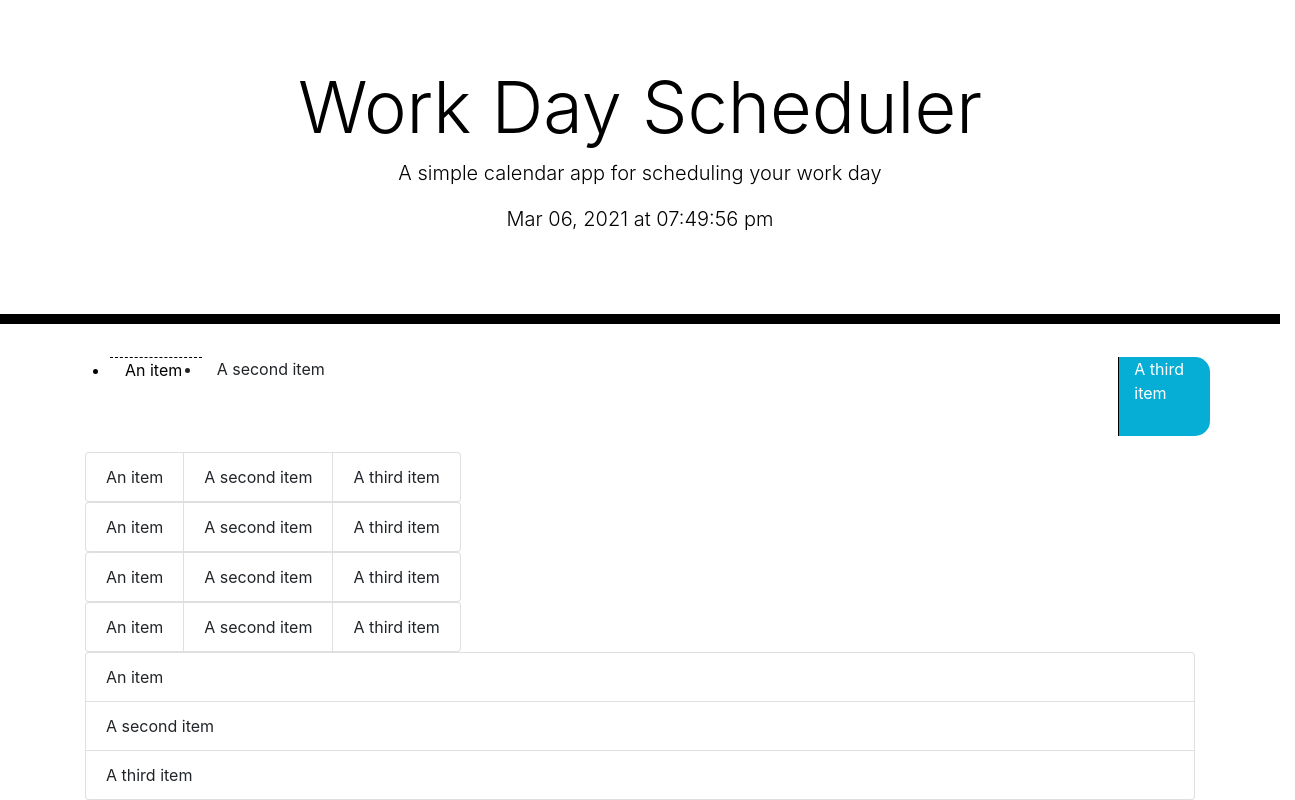
Repository: ziffoit/Work-Day_Scheduler
Page: Develop/index.html
These files come from the project's save history. The page is drawn as it stood at one moment and after the next save; the edit follows.
The browser window is 1280 px wide. The page is 1280 px wide, then 1295 px, so the pictures cover 1295 px, including what lies to the right of the window. The pictures show the whole page.
Some web libraries are served in a nearby version.

Above is the page before, as saved 2021-03-16 18:24:34.

### Develop/index.html
<!DOCTYPE html>
<html lang="en">
  <head>
    <meta charset="UTF-8" />
    <meta name="viewport" content="width=device-width, initial-scale=1.0" />
    <meta http-equiv="X-UA-Compatible" content="ie=edge" />
    <link
      rel="stylesheet"
      href="https://stackpath.bootstrapcdn.com/bootstrap/4.3.1/css/bootstrap.min.css"
    />
    <link
      rel="stylesheet"
      href="https://use.fontawesome.com/releases/v5.8.1/css/all.css"
      integrity="sha384-50oBUHEmvpQ+1lW4y57PTFmhCaXp0ML5d60M1M7uH2+nqUivzIebhndOJK28anvf"
      crossorigin="anonymous"
    />
    <link
      href="https://fonts.googleapis.com/css?family=Open+Sans&display=swap"
      rel="stylesheet"
    />
    <link rel="stylesheet" href="style.css" />
    <title>Work Day Scheduler</title>
  </head>

  <body>
    <header class="jumbotron">
      <h1 class="display-3">Work Day Scheduler</h1>
      <p class="lead">A simple calendar app for scheduling your work day</p>
      <p id="currentDay" class="lead"></p>
    </header>
    <div class="container">
      <ul class="row">
        <li class="col-1 hour">An item</li>
        <li class="col-10">A second item</li>
        <li class="col-1 saveBtn">A third item</li>
      </ul>
      <ul class="list-group list-group-horizontal-sm">
        <li class="list-group-item">An item</li>
        <li class="list-group-item">A second item</li>
        <li class="list-group-item">A third item</li>
      </ul>
      <ul class="list-group list-group-horizontal-md">
        <li class="list-group-item">An item</li>
        <li class="list-group-item">A second item</li>
        <li class="list-group-item">A third item</li>
      </ul>
      <ul class="list-group list-group-horizontal-lg">
        <li class="list-group-item">An item</li>
        <li class="list-group-item">A second item</li>
        <li class="list-group-item">A third item</li>
      </ul>
      <ul class="list-group list-group-horizontal-xl">
        <li class="list-group-item">An item</li>
        <li class="list-group-item">A second item</li>
        <li class="list-group-item">A third item</li>
      </ul>
      <ul class="list-group list-group-horizontal-xxl">
        <li class="list-group-item">An item</li>
        <li class="list-group-item">A second item</li>
        <li class="list-group-item">A third item</li>
      </ul>
      <!-- Timeblocks go here -->
    </div>

    <script src="https://cdnjs.cloudflare.com/ajax/libs/jquery/3.2.1/jquery.min.js"></script>
    <script src="https://cdnjs.cloudflare.com/ajax/libs/moment.js/2.24.0/moment.min.js"></script>
    <script src="script.js"></script>
  </body>
</html>

### Develop/style.css
hourbody {
  font-family: "Open Sans", sans-serif;
  font-size: 16px;
  line-height: 1;
}

textarea {
  background: transparent;
  border: none;
  resize: none;
  color: #000000;
  border-left: 1px solid black;
  padding: 10px;
}

.jumbotron {
  text-align: center;
  background-color: transparent;
  color: black;
  border-radius: 0;
  border-bottom: 10px solid black;
}

.description {
  white-space: pre-wrap;
}

.time-block {
  text-align: center;
  border-radius: 15px;
}

.row {
  white-space: pre-wrap;
  height: 80px;
  border-top: 1px solid white;
}

.hour {
  background-color: #ffffff;
  color: #000000;
  border-top: 1px dashed #000000;
}

.past {
  background-color: #d3d3d3;
  color: white;
}

.present {
  background-color: #ff6961;
  color: white;
}

.future {
  background-color: #77dd77;
  color: white;
}

.saveBtn {
  border-left: 1px solid black;
  border-top-right-radius: 15px;
  border-bottom-right-radius: 15px;
  background-color: #06aed5;
  color: white;
}

.saveBtn i:hover {
  font-size: 20px;
  transition: all 0.3s ease-in-out;
}

### Develop/script.js
var currentDay = $('#currentDay')

function dateAndTime() {
    var rightNow = moment().format('MMM DD, YYYY [at] hh:mm:ss a');
    currentDay.text(rightNow);
  }

  setInterval(dateAndTime, 1000)

After the next save:
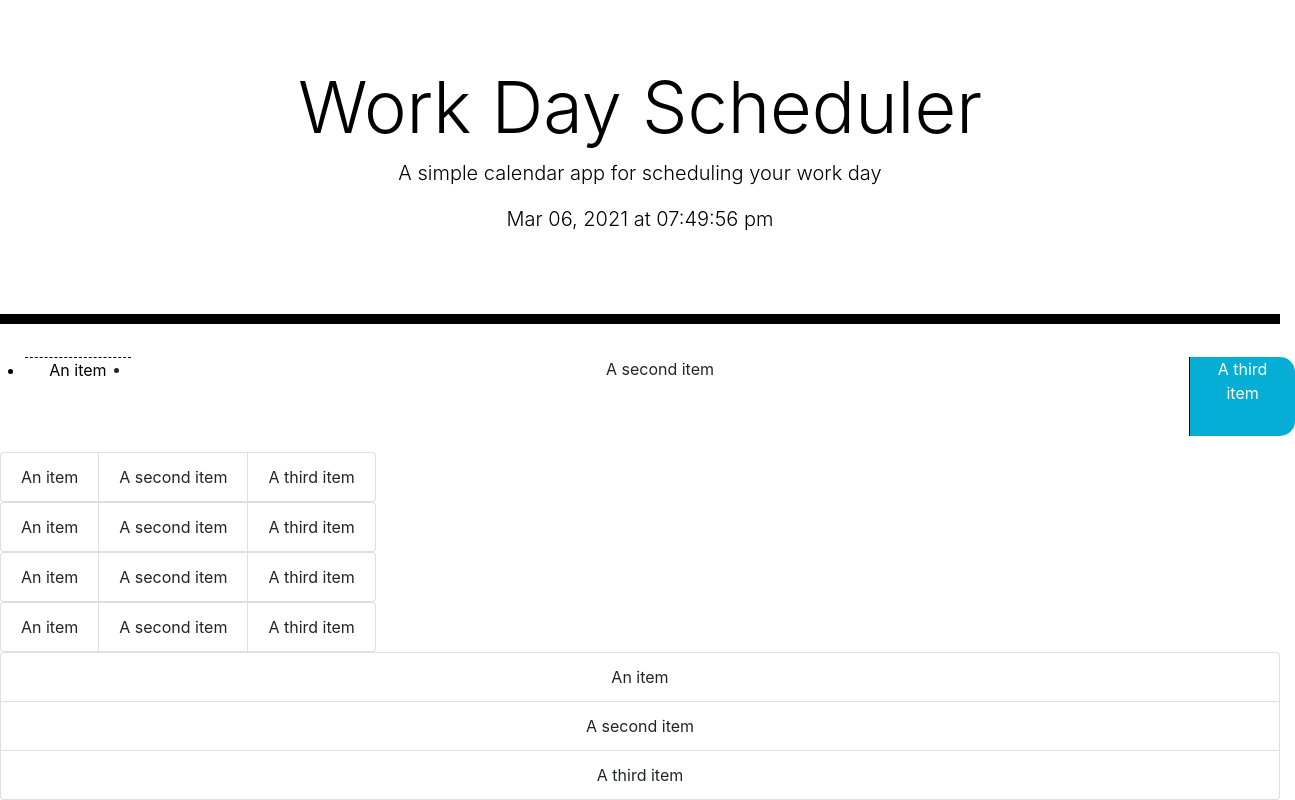
Saved 3 h 24 min later.
--- a/Develop/index.html
+++ b/Develop/index.html
@@ -28,7 +28,7 @@
       <p class="lead">A simple calendar app for scheduling your work day</p>
       <p id="currentDay" class="lead"></p>
     </header>
-    <div class="container">
+    <div class="time-block">
       <ul class="row">
         <li class="col-1 hour">An item</li>
         <li class="col-10">A second item</li>
